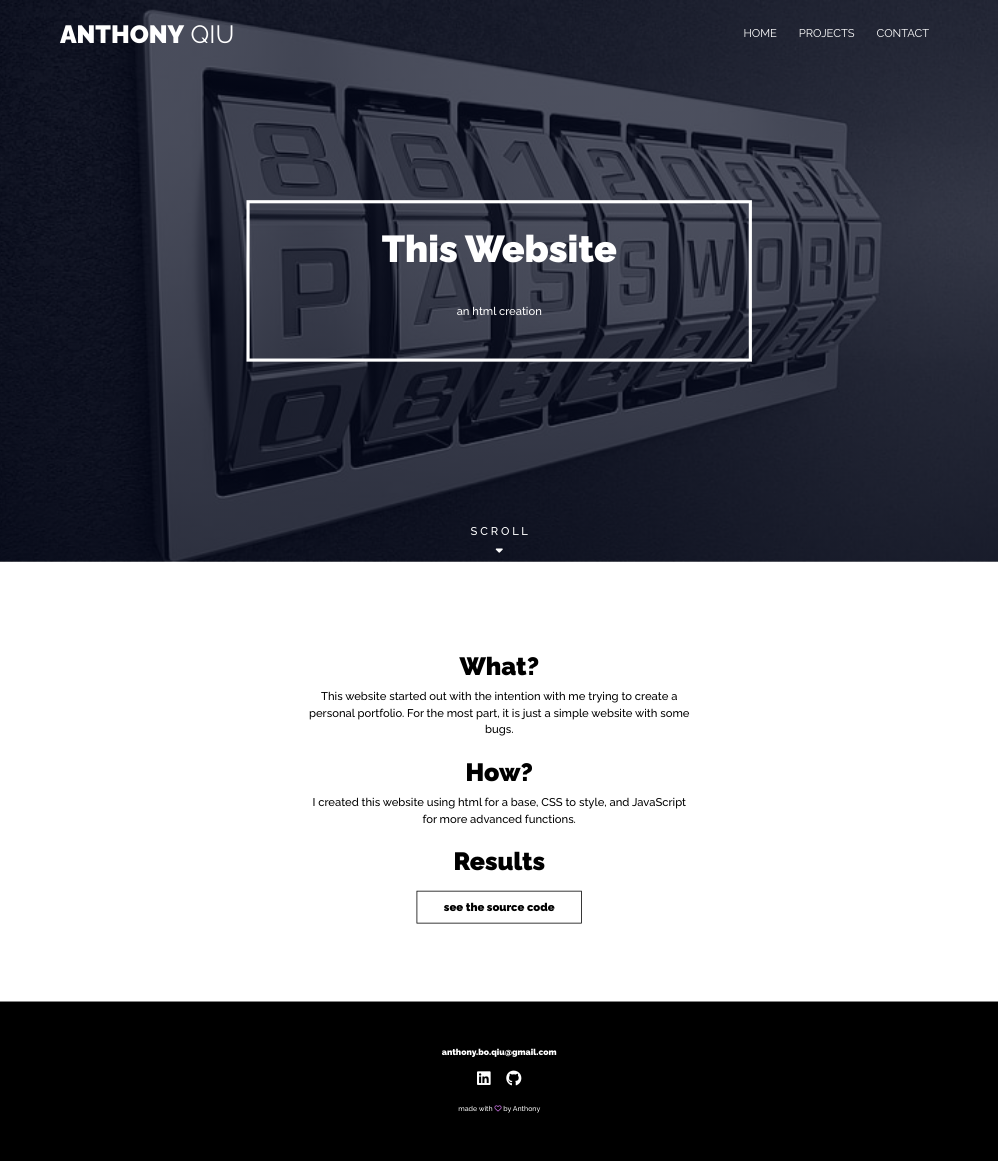
Repository: 7UM1N/anthonyq.github.io
Page: this-website.html
These files come from the project's save history. The page is drawn as it stood at one moment and after the next save; the edit follows.
The browser window is 1280 px wide. The pictures show the whole page, at 78% of full size.

Above is the page before, as saved 2023-01-10 20:35:00.

After the next save:
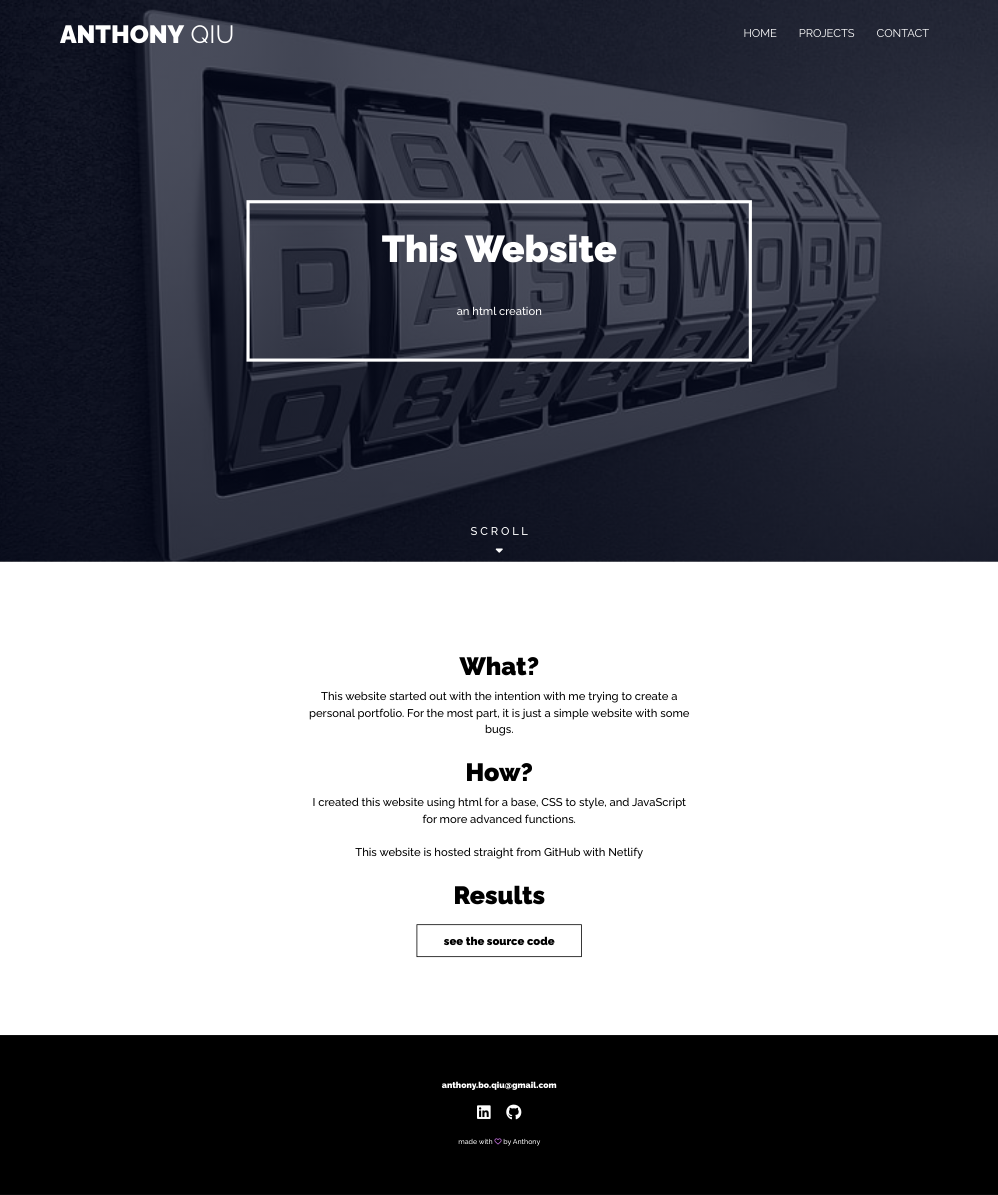
Saved 13 s later.
--- a/this-website.html
+++ b/this-website.html
@@ -49,6 +49,7 @@
             <h2>How?</h2>
             <p>
                 I created this website using html for a base, CSS to style, and JavaScript for more advanced functions.
+                <br><br> This website is hosted straight from GitHub with Netlify
             </p>
 
             <h2>Results</h2>
